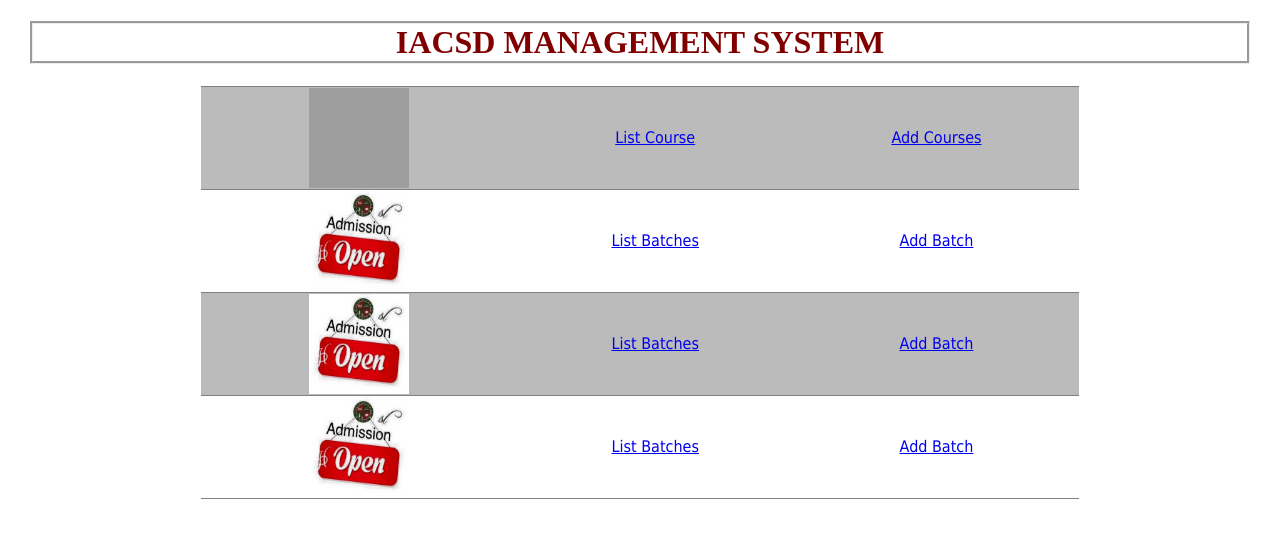
Repository: vsc8791/IMS
Page: http://localhost/web-customer-tracker/
An editor plug-in stored every save of this project. The page is shown before and after the next save, followed by the edit.
The browser window is 1280 px wide. The pictures show the whole page.
Pictures or frames that could not be fetched are drawn as grey boxes. The page is served by Tomcat 9. Other server files are loaded and not shown.

Above is the page before, as saved 2018-07-29 08:45:52.

### web-customer-tracker/WebContent/index.jsp
<%@ page language="java" contentType="text/html; charset=ISO-8859-1"
	pageEncoding="ISO-8859-1"%>
<!DOCTYPE html PUBLIC "-//W3C//DTD HTML 4.01 Transitional//EN" "http://www.w3.org/TR/html4/loose.dtd">
<html>
<head>
<meta http-equiv="Content-Type" content="text/html; charset=ISO-8859-1">

<!-- reference our style sheet -->

<link type="text/css" rel="stylesheet"
	href="${pageContext.request.contextPath}/resources/css/style.css" />
<title>Welcome-Page</title>
</head>
<body>

	<%-- <a href="http://localhost:8082/web-customer-tracker/customer/list">List Course</a><br>
<a href="http://localhost:8082/web-customer-tracker/customer/showFormForAdd">Add Courses</a><br>
<a href="http://localhost:8082/web-customer-tracker/student/list">GET LIST OF STUDENTS</a><br>
<a href="http://localhost:8082/web-customer-tracker/student/register">Register New Student</a><br>
<a href="http://localhost:8082/web-customer-tracker/faculty/list">GET LIST OF Faculty</a><br>
<a href="http://localhost:8082/web-customer-tracker/faculty/register">Register New Faculty</a><br>
<a href="http://localhost:8082/web-customer-tracker/schedule/list">GET LIST OF schedule</a><br>
<a href="http://localhost:8082/web-customer-tracker/schedule/showFormForAdd">Set Schedule</a><br>
<a href="http://localhost:8082/web-customer-tracker/result/list">Results</a><br>
<a href="http://localhost:8082/web-customer-tracker/result/showFormForAdd">add result</a><br>
<a href="http://localhost:8082/web-customer-tracker/batch/list">Batch Details</a><br>
<a href="http://localhost:8082/web-customer-tracker/batch/showFormForAdd">Add New Batch</a><br>

<img src="${pageContext.request.contextPath}/images/courses.jpg" /> --%>
	<h1 align="center"
		style="font-family: cursive; font-size: xx-large;; color: maroon; border: groove;">IACSD
		MANAGEMENT SYSTEM</h1>
	<%-- <img src="${pageContext.request.contextPath}/images/courses.jpg" /> --%>

	<table align="center">
		<tr>
			<td><img
				src="${pageContext.request.contextPath}/images/courses.jpg"
				height="100px" width="100px" /></td>
			<td><a
				href="http://localhost:8082/web-customer-tracker/customer/list">List
					Course</a><br></td>
			<td><a
				href="http://localhost:8082/web-customer-tracker/customer/showFormForAdd">Add
					Courses</a><br></td>
		</tr>
			<tr>
			<td><img
				src="${pageContext.request.contextPath}/images/batch.jpg"
				height="100px" width="100px" /></td>
			<td><a
				href="http://localhost:8082/web-customer-tracker/batch/list">List
					Batches</a><br></td>
			<td><a
				href="http://localhost:8082/web-customer-tracker/batch/showFormForAdd">Add
					Batch</a><br></td>
		</tr>

					<tr>
			<td><img
				src="${pageContext.request.contextPath}/images/batch.jpg"
				height="100px" width="100px" /></td>
			<td><a
				href="http://localhost:8082/web-customer-tracker/schedule/list">List
					Batches</a><br></td>
			<td><a
				href="http://localhost:8082/web-customer-tracker/schedule/showFormForAdd">Add
					Batch</a><br></td>
		</tr>

					<tr>
			<td><img
				src="${pageContext.request.contextPath}/images/batch.jpg"
				height="100px" width="100px" /></td>
			<td><a
				href="http://localhost:8082/web-customer-tracker/batch/list">List
					Batches</a><br></td>
			<td><a
				href="http://localhost:8082/web-customer-tracker/batch/showFormForAdd">Add
					Batch</a><br></td>
		</tr>
	</table>


</body>
</html>

<%-- <% response.sendRedirect("customer/list"); %> --%>

### web-customer-tracker/WebContent/resources/css/style.css
html, body{
	margin-left:15px; margin-right:15px;
	padding:0px;
	font-family:Verdana, Arial, Helvetica, sans-serif;
}

table {
	border-collapse:collapse;
	border-bottom:1px solid gray;
	font-family: Tahoma,Verdana,Segoe,sans-serif;
	width:72%;
}

th {
	border-bottom:1px solid gray;
	background:none repeat scroll 0 0 #09c332;
	padding:10px;
	color: #FFFFFF;
}

tr {
	border-top:1px solid gray;
	text-align:center;
}

tr:nth-child(even) {background: #FFFFFF}
tr:nth-child(odd) {background: #BBBBBB}

#wrapper {width: 100%; margin-top: 0px; }
#header {width: 70%; background:#09c332; margin-top: 0px; padding:15px 0px 15px 15px;}
#header h2 {width: 100%; margin:auto; color: #FFFFFF;}
#container {width: 100%; margin:auto}
#container h3 {color: #000;}
#container #content {margin-top: 20px;}

.add-button {
	border: 1px solid #666;
	border-radius: 5px;
	padding: 4px;
	font-size: 12px;
	font-weight: bold;
	width: 120px;
	padding: 5px 10px;

	margin-bottom: 15px;
	background: #cccccc;
}

After the next save:
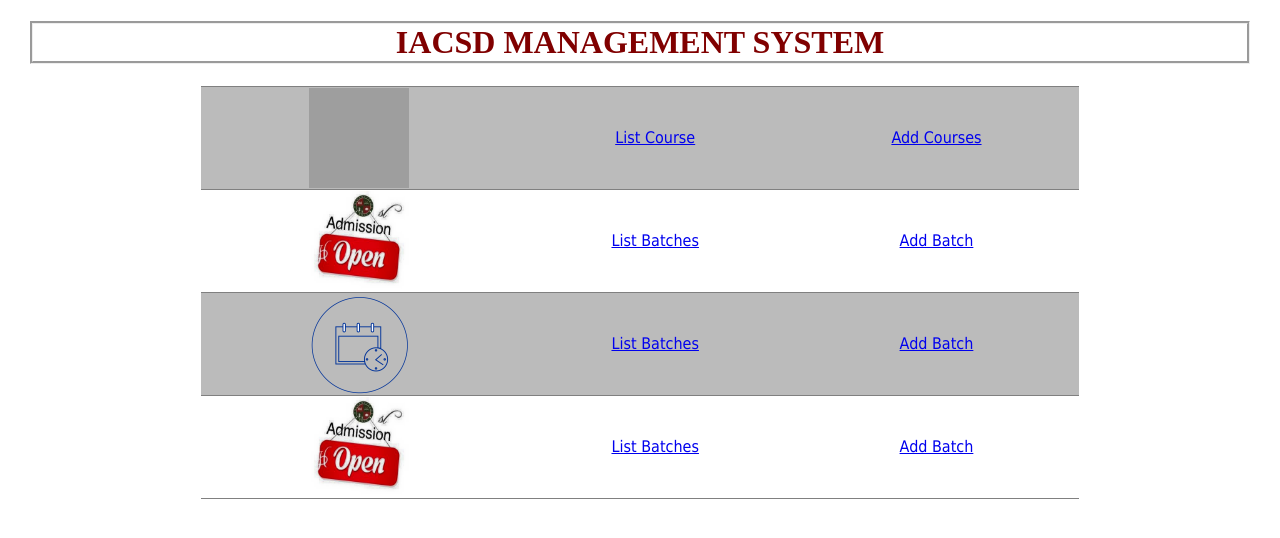
Saved 14 s later.
--- a/web-customer-tracker/WebContent/index.jsp
+++ b/web-customer-tracker/WebContent/index.jsp
@@ -58,7 +58,7 @@
 
 					<tr>
 			<td><img
-				src="${pageContext.request.contextPath}/images/batch.jpg"
+				src="${pageContext.request.contextPath}/images/schedule.png"
 				height="100px" width="100px" /></td>
 			<td><a
 				href="http://localhost:8082/web-customer-tracker/schedule/list">List
